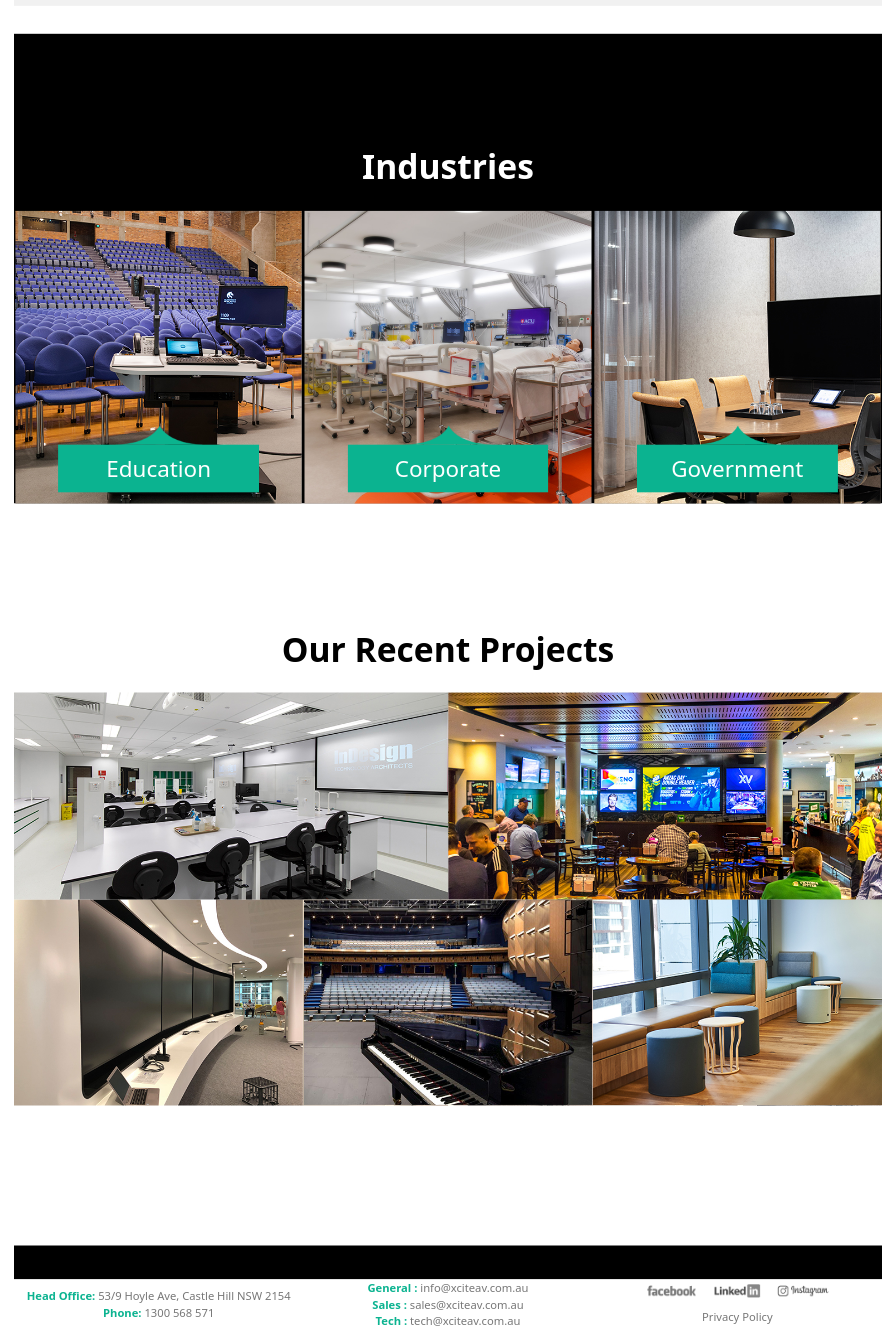
Repository: Imprasna/designplus
Page: index.html
These files come from the project's save history. The page is drawn as it stood at one moment and after the next save; the edit follows.
The browser window is 1280 px wide. The pictures show the part of the page from y = 1266 to 3186 px (the page is 3185 px tall before and 3186 px after), at 70% of full size.

Above is the page before, as saved 2022-03-16 23:33:36.

After the next save:
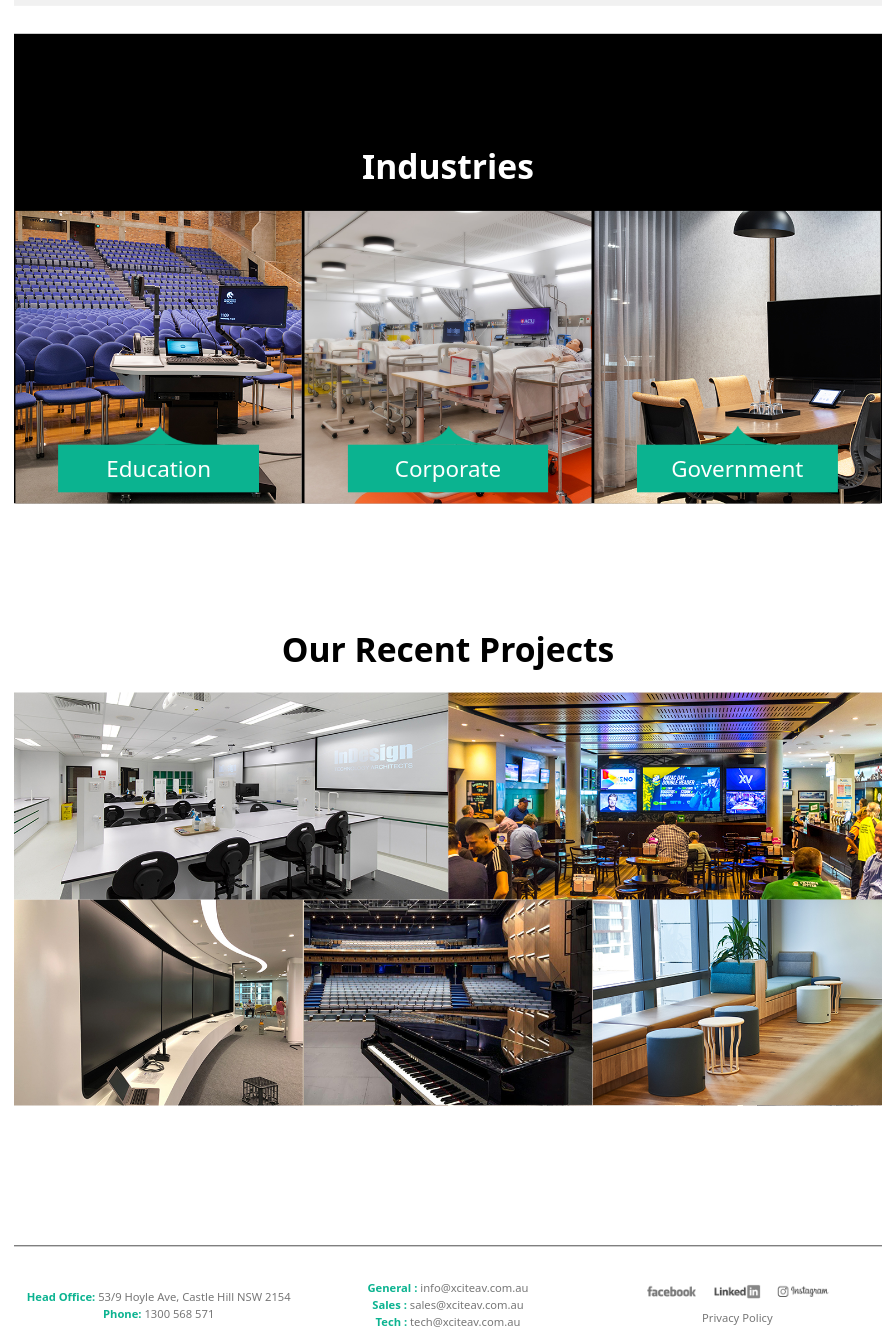
Saved 6 s later.
--- a/style.css
+++ b/style.css
@@ -232,7 +232,7 @@
     width: 100%;
     height: 1px;
     background: #000;
-    padding-bottom: 3rem;
+    margin-bottom: 3rem;
 }
 
 .col-md-4.text-center > p {
